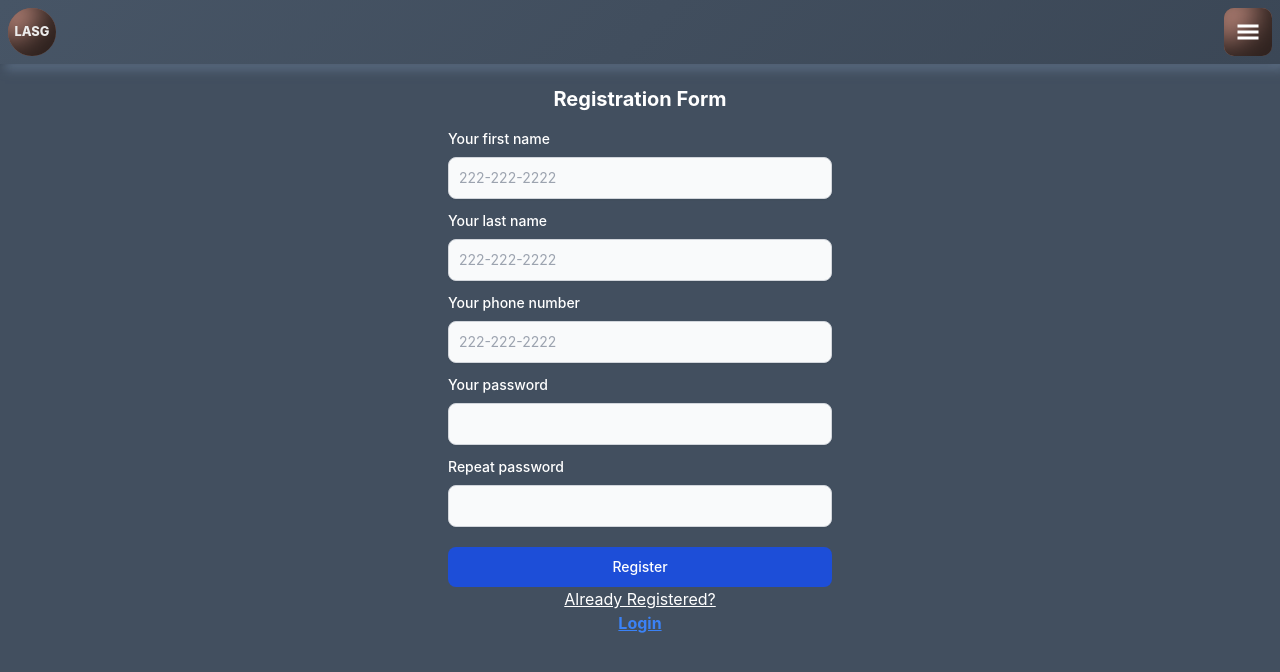
Repository: ShindanoSingi/LA-Swahili-Group
Page: /register (app in client/)
The author's editor kept a copy of each file at every save. The page is drawn from the files as they stood at one save, then again after the next save.
The browser window is 1280 px wide. The pictures show the whole page.
The project was rebuilt for these pictures with package versions that can differ from the ones it lists, and the page was loaded fresh each time. Also part of the build but not shown: client/src/pages/error/Error.css, client/src/pages/error/Error.js, client/src/pages/home/Home.js, client/src/pages/about/About.js, client/src/pages/contact/Contact.js, client/src/pages/login/Login.js, client/src/pages/userDashBoard/UserDashBoard.js, client/src/pages/superUsersDashBoard/SuperUsersDashBoard.js.

Above is the page before, as saved 2024-02-11 15:23:38.

### client/src/index.js
import React from 'react';
import ReactDOM from 'react-dom/client';
import './index.css';
import App from './App';
import reportWebVitals from './reportWebVitals';
import { Provider } from "react-redux";
import store from './redux/store';
import { BrowserRouter } from 'react-router-dom';


const root = ReactDOM.createRoot(document.getElementById('root'));
root.render(
  <Provider store={store}>
    <BrowserRouter>
    <App />
    </BrowserRouter>
  </Provider>
);

// If you want to start measuring performance in your app, pass a function
// to log results (for example: reportWebVitals(console.log))
// or send to an analytics endpoint. Learn more: https://bit.ly/CRA-vitals
reportWebVitals();

### client/src/index.css
@tailwind base;
@tailwind components;
@tailwind utilities;

:root{
  --primary: #424F5F;
  --secondary: #F3F3F3;
  --tertiary: #F4A261;
  --quaternary: #2A9D8F;
  --quinary: #E9C46A;

}

body {
  margin: 0;
  font-family: -apple-system, BlinkMacSystemFont, 'Segoe UI', 'Roboto', 'Oxygen',
    'Ubuntu', 'Cantarell', 'Fira Sans', 'Droid Sans', 'Helvetica Neue',
    sans-serif;
  -webkit-font-smoothing: antialiased;
  -moz-osx-font-smoothing: grayscale;
}

.container{
  max-height: 100vh;
  background-color: var(--primary);
}

.container {
  display: flex;
  justify-content: center;
  align-items: center;
  height: 100vh;
}

.logo{
  height: 100dvh;
}

### client/src/App.js
import Header from "./components/header/Header";
import Error from "./pages/error/Error";
import Home from "./pages/home/Home";
import { Routes, Route, useNavigate } from "react-router-dom";
import About from "./pages/about/About";
import Contact from "./pages/contact/Contact";
import Login from "./pages/login/Login";
import UserDashBoard from "./pages/userDashBoard/UserDashBoard";
import SuperUsersDashBoard from "./pages/superUsersDashBoard/SuperUsersDashBoard";
import { useEffect } from "react";
import Register from "./pages/register/Register";


function App() {

      const navigate = useNavigate()

      const user = 'superusers';

      useEffect(() => {
            if (user === 'superuser') {
                  navigate('/superuser')
            }
      })

      return (
            <>
                  <Header />
                  <Routes>
                        <Route path="/" element={<Home />} />
                        <Route path="/about" element={<About />} />
                        <Route path="/contact" element={<Contact />} />
                        <Route path="/login" element={<Login />} />
                        <Route path="/register" element={<Register/>} />
                        <Route path="/user" element={<UserDashBoard/>} />
                        <Route path="/superuser" element={<SuperUsersDashBoard/>} />
                        <Route path="/admin" element={<adminDashBoard/>} />
                        <Route
                              path="/:rest*"
                              element={
                                    <h1>
                                          <Error />
                                    </h1>
                              }
                        />
                  </Routes>
            </>
      );
}

export default App;

### client/src/redux/store.js
import { configureStore } from "@reduxjs/toolkit";

import userReducer from "./userSlice";

const store = configureStore({
    reducer: {
        userReducer,
    },
});

export default store;

### client/src/components/header/Header.js
import React, { useState } from "react";
import "./Header.css";
import { GiHamburgerMenu } from "react-icons/gi";
import { Link } from "react-router-dom";

function Header() {
      const [show, setShow] = useState(false);

      return (
            <div className="header fixed top-0 w-full flex items-center justify-between p-2">
                  <div className="w-12 h-12 rounded-full text-[0.8rem] logo-button flex font-extrabold text-[#EBEBEB] justify-center items-center">
                        LASG
                  </div>
                  <div className="hambourger h-12 w-12 flex items-center justify-center">
                        <GiHamburgerMenu
                              className="text-[#FFFFFF] text-2xl"
                              onClick={() => setShow(!show)}
                        />
                  </div>
                  {show && (
                        <ul className="flex flex-col items-center p-2 top-[4.2rem] right-2 menu text-[#FFFFFF] absolute">
                              <Link to="/" onClick={() => setShow(!show)}>
                                    <li className="menu-item">Home</li>
                              </Link>
                              <Link to="/about" onClick={() => setShow(!show)}>
                                    <li className="menu-item">About</li>
                              </Link>
                              <Link
                                    to="/contact"
                                    onClick={() => setShow(!show)}
                              >
                                    <li className="menu-item">Contact</li>
                              </Link>
                              <Link to="/login">
                                    <li className="menu-item">Login</li>
                              </Link>
                        </ul>
                  )}
            </div>
      );
}

export default Header;

### client/src/pages/register/Register.js
import React, { useState } from "react";
import { Link } from "react-router-dom";

function Register() {
      return (
            <div className="container">
                  <div className="w-[80%]">
                        <h1 className="text-xl font-bold text-center mb-4 text-white dark:text-white">
                              Registration Form
                        </h1>
                        <form className="max-w-sm mx-auto">
                              <div className="mb-3">
                                    <label
                                          for="email"
                                          className="block mb-2 text-sm font-medium text-white dark:text-white"
                                    >
                                          Your first name
                                    </label>
                                    <input
                                          type="name"
                                          id="phone"
                                          className="shadow-sm bg-gray-50 border border-gray-300 text-gray-900 text-sm rounded-lg focus:ring-blue-500 focus:border-blue-500 block w-full p-2.5 dark:bg-gray-700 dark:border-gray-600 dark:placeholder-gray-400 dark:text-white dark:focus:ring-blue-500 dark:focus:border-blue-500 dark:shadow-sm-light"
                                          placeholder="222-222-2222"
                                          required
                                    />
                              </div>
                              <div className="mb-3">
                                    <label
                                          for="email"
                                          className="block mb-2 text-sm font-medium text-white dark:text-white"
                                    >
                                          Your last name
                                    </label>
                                    <input
                                          type="name"
                                          id="phone"
                                          className="shadow-sm bg-gray-50 border border-gray-300 text-gray-900 text-sm rounded-lg focus:ring-blue-500 focus:border-blue-500 block w-full p-2.5 dark:bg-gray-700 dark:border-gray-600 dark:placeholder-gray-400 dark:text-white dark:focus:ring-blue-500 dark:focus:border-blue-500 dark:shadow-sm-light"
                                          placeholder="222-222-2222"
                                          required
                                    />
                              </div>
                              <div className="mb-3">
                                    <label
                                          for="email"
                                          className="block mb-2 text-sm font-medium text-white dark:text-white"
                                    >
                                          Your phone number
                                    </label>
                                    <input
                                          type="phone"
                                          id="phone"
                                          className="shadow-sm bg-gray-50 border border-gray-300 text-gray-900 text-sm rounded-lg focus:ring-blue-500 focus:border-blue-500 block w-full p-2.5 dark:bg-gray-700 dark:border-gray-600 dark:placeholder-gray-400 dark:text-white dark:focus:ring-blue-500 dark:focus:border-blue-500 dark:shadow-sm-light"
                                          placeholder="222-222-2222"
                                          required
                                    />
                              </div>
                              <div className="mb-3">
                                    <label
                                          for="password"
                                          className="block mb-2 text-sm font-medium text-white dark:text-white"
                                    >
                                          Your password
                                    </label>
                                    <input
                                          type="password"
                                          id="password"
                                          className="shadow-sm bg-gray-50 border border-gray-300 text-gray-900 text-sm rounded-lg focus:ring-blue-500 focus:border-blue-500 block w-full p-2.5 dark:bg-gray-700 dark:border-gray-600 dark:placeholder-gray-400 dark:text-white dark:focus:ring-blue-500 dark:focus:border-blue-500 dark:shadow-sm-light"
                                          required
                                    />
                              </div>

                              <div className="mb-3">
                                    <label
                                          for="repeat-password"
                                          className="block mb-2 text-sm font-medium text-white dark:text-white"
                                    >
                                          Repeat password
                                    </label>
                                    <input
                                          type="password"
                                          id="repeat-password"
                                          className="shadow-sm bg-gray-50 border border-gray-300 text-gray-900 text-sm rounded-lg focus:ring-blue-500 focus:border-blue-500 block w-full p-2.5 dark:bg-gray-700 dark:border-gray-600 dark:placeholder-gray-400 dark:text-white dark:focus:ring-blue-500 dark:focus:border-blue-500 dark:shadow-sm-light"
                                          required
                                    />
                              </div>
                              <div>
                                    <button
                                          type="submit"
                                          className="text-white mt-2 w-full bg-blue-700 hover:bg-blue-800 focus:ring-4 focus:outline-none focus:ring-blue-300 font-medium rounded-lg text-sm px-5 py-2.5 text-center dark:bg-blue-600 dark:hover:bg-blue-700 dark:focus:ring-blue-800"
                                    >
                                          Register
                                    </button>
                                    <div>
                                          <p className="text-white text-center underline">
                                                Already Registered?
                                          </p>
                                          <Link to='/register'><p className="text-blue-500 text-center underline font-bold">Login</p></Link>
                                    </div>
                              </div>
                        </form>
                  </div>
            </div>
      );
}

export default Register;

### client/src/redux/userSlice.js
import {createSlice} from '@reduxjs/toolkit';

const userSlice = createSlice({
    name: 'user',
    initialState: {
        user: null,
    },
    reducers: {
        setUser: (state, action) => {
            state.user = action.payload;
        },
    },
});

export const {setUser} = userSlice.actions;
export default userSlice.reducer;

### client/src/components/header/Header.css
.header {
    border-radius: 0px;
background: linear-gradient(315deg, #3b4756, #475566);
box-shadow:  -5px -5px 10px #262e37,
             5px 5px 10px #5e7087;
}

.logo-button {
    border-radius: 50%;
    background: #6E5049;
    box-shadow: inset -14px -14px 27px #2d211e, inset 14px 14px 27px #af7f74;
}

.hambourger {
    border-radius: 10px;
    background: #6E5049;
    box-shadow: inset -14px -14px 27px #2d211e, inset 14px 14px 27px #af7f74;
}

.menu {
    border-radius: 9px;
    background: #3E5F75;
    box-shadow: inset -5px -5px 10px #38556c, inset 5px 5px 10px #5885a8;
    padding: 0.5rem;
}

.menu-item{
    border-radius: 7px;
background: #486D8A;
box-shadow: inset -15px -15px 13px #2a3f50,
            inset 15px 15px 13px #669bc4;
            width: 5rem;
            text-align: center;
            margin: 0.2rem;
            padding: 0.2rem 0.5rem;
}

Loaded but not shown: client/public/index.html (common file); client/src/reportWebVitals.js (common file); client/tailwind.config.js (common file)

After the next save:
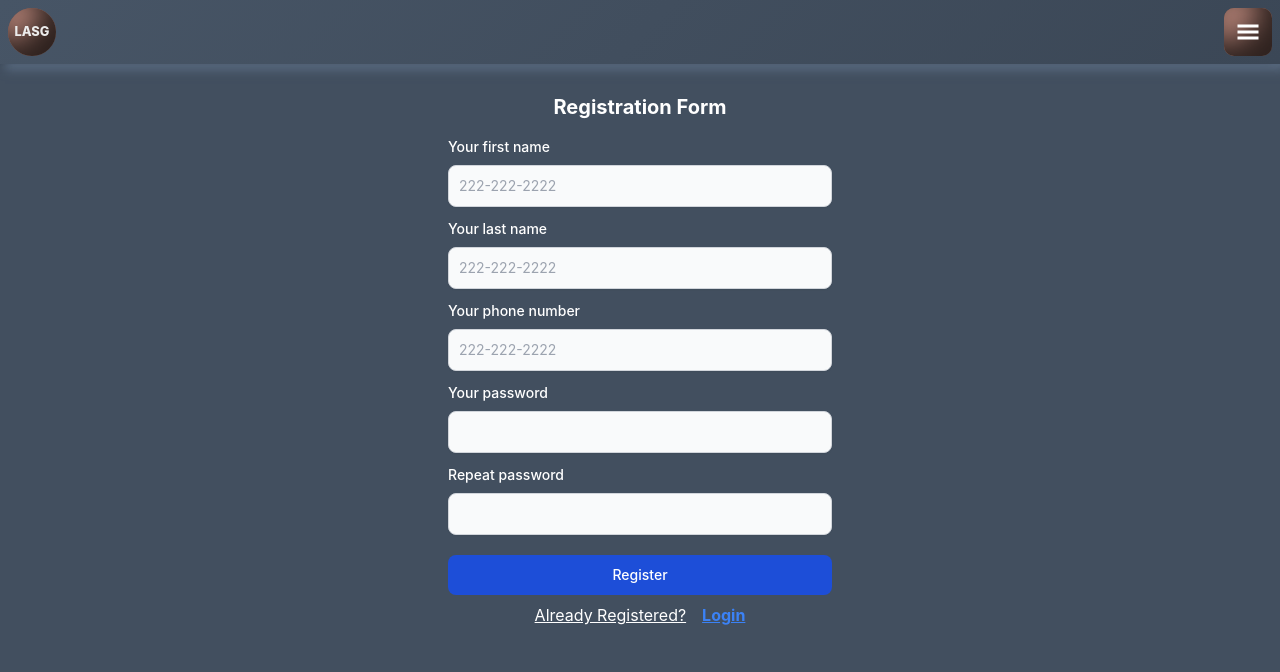
Saved 14 s later.
--- a/client/src/pages/register/Register.js
+++ b/client/src/pages/register/Register.js
@@ -90,7 +90,7 @@ function Register() {
                                     >
                                           Register
                                     </button>
-                                    <div>
+                                    <div className="flex gap-4 justify-center mt-2">
                                           <p className="text-white text-center underline">
                                                 Already Registered?
                                           </p>
